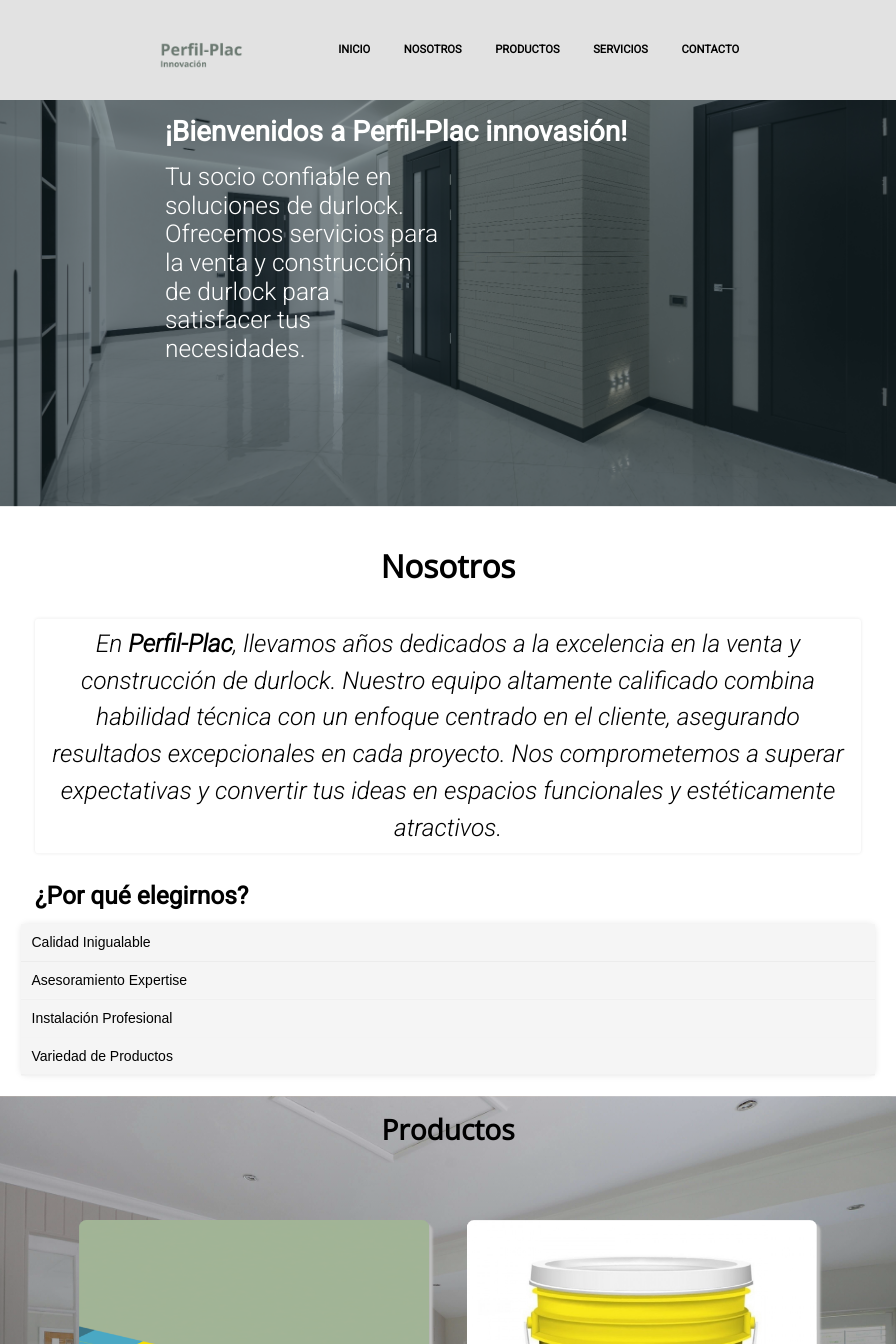
Repository: DamianBermudez94/Perfil-Plac
Page: /
These files come from the project's save history. The page is drawn as it stood at one moment and after the next save; the edit follows.
The browser window is 1280 px wide. The pictures show the part of the page from y = 0 to 1920 px (the page is 5301 px tall), at 70% of full size.
Backgrounds fixed to the window are drawn as part of the page. The project was rebuilt for these pictures with package versions that can differ from the ones it lists, and the page was loaded fresh each time. Also part of the build but not shown: vite.config.js, src/index.css.

Above is the page before, as saved 2024-02-21 10:08:28.

### index.html
<!DOCTYPE html>
<html lang="en">
  <head>
    <meta charset="UTF-8" />
    <link rel="preconnect" href="https://fonts.googleapis.com" />
    <link rel="preconnect" href="https://fonts.gstatic.com" crossorigin />
    <link
      href="https://fonts.googleapis.com/css2?family=Open+Sans:wght@300;400&family=Roboto:ital,wght@0,300;0,400;1,300&display=swap"
      rel="stylesheet"
    />
    <link
      rel="icon"
      type="image/png"
      sizes="32x32"
      href="/public/favicon-32x32.png"
    />
    <meta name="author" content="Damián Bermúdez" />
    <meta name="viewport" content="width=device-width, initial-scale=1.0" />
    <meta
      name="description"
      content="Somos una empresa que se dedica a la venta y colocación de insumos para la construcción en seco"
    />
    <title>Perfil-Plac Innovasión</title>
  </head>
  <body>
    <div id="root"></div>
    <script type="module" src="/src/main.jsx"></script>
  </body>
</html>

### src/App.jsx
import { Footer } from "./components/Footer/Footer";
import { Header } from "./components/Header/Header";
import { Main } from "./components/Main/Main";
import "./App.css";

function App() {
  return (
    <>
      <Header></Header>
      <Main></Main>
      <Footer></Footer>
    </>
  );
}

export default App;

### src/components/Footer/Footer.jsx
import { FaFacebookF } from "react-icons/fa";
import { FaInstagram } from "react-icons/fa";
import { FaWhatsapp } from "react-icons/fa";
import { TfiEmail } from "react-icons/tfi";
import logoImagen from "../../img/PerfilPlac.png"
import "./styles.css";
export const Footer = () => {
  return (
    <footer className="footer">
      <div className="footer-container">
        <div className="footer-logo-container">
          <img src={logoImagen} alt="perfil-plac" className="logo-footer" />
        </div>
        <div className="content-icon">
          <ul className="container-red__social">
            <li className="icon-content">
              <a
                href=""
                className="link"
                data-social="facebook"
                aria-label="Facebook"
              >
                <FaFacebookF className="icon-facebook" />
              </a>

              <div className="tooltip">Facebook</div>
            </li>
            <li className="icon-content">
              <a
                href=""
                className="link"
                data-social="instagram"
                aria-label="Instagram"
              >
                <FaInstagram />
              </a>

              <div className="tooltip">Instagram</div>
            </li>
            <li className="icon-content">
              <a
                href=""
                className="link"
                data-social="whatsapp"
                aria-label="Whatsapp"
              >
                <FaWhatsapp />
              </a>

              <div className="tooltip">Whatsapp</div>
            </li>
            <li className="icon-content">
              <a
                href=""
                className="link"
                data-social="email"
                aria-label="Email"
              >
                <TfiEmail />
              </a>

              <div className="tooltip">Email</div>
            </li>
          </ul>
        </div>
        <div className="custom-line"></div>
        <div className="footer-legal__text">
          <p>@2024 Perfil-Plac innovación</p>
          <span>
            <a href="https://damianbermudezdev.es/" target="__blank">
              Hecho por DB|WEB &#169;
            </a>
          </span>
        </div>
      </div>
    </footer>
  );
};

### src/components/Header/Header.jsx
import { useState } from "react";

import { BrowserRouter as Router } from "react-router-dom";
import { NavHashLink, HashLink } from "react-router-hash-link";
import logoImagen from "../../img/PerfilPlac.png";
import "./styles.css";
export function Header() {
  const [isActive, setActive] = useState(false);

  function closeMenu() {
    setActive(false);
  }

  return (
    <header className="header header-fixed">
      <Router>
        <HashLink smooth to="#home" className="logo">
          <figure>
            <img src={logoImagen} alt="Perfil-Plac" />
          </figure>
        </HashLink>

        <nav className={isActive ? "active" : ""}>
          <NavHashLink smooth to="#home" onClick={closeMenu}>
            Inicio
          </NavHashLink>
          <NavHashLink smooth to="#nosotros" onClick={closeMenu}>
            Nosotros
          </NavHashLink>
          <NavHashLink smooth to="#productos" onClick={closeMenu}>
            Productos
          </NavHashLink>
          <NavHashLink smooth to="#servicios" onClick={closeMenu}>
            Servicios
          </NavHashLink>
          <NavHashLink smooth to="#contacto" onClick={closeMenu}>
            Contacto
          </NavHashLink>
        </nav>

        <div
          aria-expanded={isActive ? "true" : "false"}
          aria-haspopup="true"
          aria-label={isActive ? "Fechar menu" : "Abrir menu"}
          className={isActive ? "menu active" : "menu"}
          onClick={() => {
            setActive(!isActive);
          }}
        ></div>
      </Router>
    </header>
  );
}

### src/components/Main/Main.jsx
import Contacto from "../Contacto/Contacto";
import { Producto } from "../Producto/Producto";
import Servicios from "../Servicios/Servicios";
import Nosotros from "../Nosotros/Nosotros";
import Inicio from "../Home/Home";
export function Main() {
  return (
    <main>
      <Inicio />
      <Nosotros />
      <Producto />
      <Servicios />
      <Contacto/>
    </main>
  );
}

### src/App.css
* {
  margin: 0;
  padding: 0;
  box-sizing: border-box;
}

.App {
  width: 100%;
  padding-top: 80px; /* Ajusta este valor según la altura de tu barra de navegación */
}
body {
  max-width: 100%;
  overflow-x: hidden;
  font-family: "Roboto", sans-serif;
  font-weight: 300;
  font-style: normal;
}
h1{
  font-family: 'Open Sans', sans-serif;
}
a {
  text-decoration: none;
}

.logo img {
  width: 150px;
  height: 50px;
  object-fit: cover;
  margin-top: 30px;
}
.nav-logo {
  overflow: hidden;
}

### src/components/Footer/styles.css
/**--Estilos del footer--**/
.footer {
    display: flex;
    justify-content: space-around;
    background-color: #e2e2e2;
    padding: 20px;
  }

  .footer-container {

    display: grid;
    grid-template-columns: repeat(3, 1fr);

    justify-items: center;
    align-items: center;
  }

  .footer-logo-container {
    display: flex;
    justify-content: center;
    align-items: center;
    grid-column: span 1;
  }
  .logo-footer {
    width: 150px;
    height: 100px;
    object-fit: cover;

  }
  .content-icon{
    grid-column:  3;
  }

  .footer-legal__text p {
    margin-bottom: 20px;

  }
  .footer-legal__text{
    grid-column:span 4 ;
  }
  .footer-legal__text span {
    margin-top: 20px;
    font-weight: 600;

  }

  .footer-legal__text span a {
    color: #4c4c4c;
    text-decoration: none;
    cursor: pointer;
  }
  .custom-line {
    width: 100%;
    height: 1px;
    background-color: #6c7a72;
    margin: 10px 0;
    box-shadow: 0 0 5px 0 rgba(0, 0, 0, 0.5);
    grid-column: span 4;
  }
  @media (max-width: 920px) {
    .footer {
      height: 350px;
    }

    .footer-container {
      display: flex;
      flex-direction: column;
      justify-content: center;
      align-items: center;
    }
    .footer-container div {
      margin: 10px;
    }
  }

### src/components/Header/styles.css
.header {
  width: 100%;
  display: flex;
  align-items: center;
  justify-content: space-around;
  padding: 1.8rem 10rem;
  background-color: #e2e2e2;
  position: fixed;
  top: 0;
  left: 0;
  z-index: 1000;
}

nav {
  display: flex;
  align-items: center;
  gap: 1.8rem;

  a {

    color: #000;
    padding: 0.6rem;
    font-weight: bold;
    text-transform: uppercase;
    transition: filter 0.25s;

    &.button {
      padding: 0.6rem 5rem;
    }

    &:hover {
      filter: brightness(0.6);
      color: #6c7a72;
    }
  }
}

.menu-container {
  cursor: pointer;
  padding: 0.6rem 0;
}

.menu {
  width: 2rem;
  height: 0.2rem;
  background: #ffff;
  position: relative;
  cursor: pointer;
  display: none;

  &:before {
    bottom: 0.5rem;
  }
  &:after {
    top: 0.5rem;
  }

  &.active:before {
    bottom: 0;
    transform: rotate(45deg);
  }

  &.active:after {
    top: 0;
    transform: rotate(135deg);
  }

  &.active {
    background-color: rgba(0, 0, 0, 0);
  }
}

.menu:before,
.menu:after {
  content: "";
  display: block;
  position: absolute;
  width: 100%;
  height: 0.2rem;
  background: #ffff;
  cursor: pointer;
  transition: 0.6s;
}

input[type="checkbox"] {
  height: 0;
  width: 0;
  visibility: hidden;
  outline: none;
}

label {
  cursor: pointer;
  text-indent: -9999px;
  width: 55px;
  height: 30px;
  background: var(--green);
  display: block;
  justify-content: center;
  align-items: center;
  -webkit-border-radius: 100px;
  -moz-border-radius: 100px;
  border-radius: 100px;
  position: relative;
  margin-left: auto;
  right: 10px;
}

@media only screen and (max-width: 800px) {
  label {
    position: relative;
  }
}

label:after {
  content: "";
  background: #fff;
  width: 20px;
  height: 20px;
  -webkit-border-radius: 50%;
  -moz-border-radius: 50%;
  border-radius: 50%;
  position: absolute;
  top: 5px;
  left: 4px;
  transition: cubic-bezier(0.68, -0.55, 0.27, 01.55) 320ms;
}

input:checked + label {
  background: var(--pink);
}

input:checked + label:after {
  left: calc(100% - 5px);
  -webkit-transform: translateX(-100%);
  -moz-transform: translateX(-100%);
  -ms-transform: translateX(-100%);
  -o-transform: translateX(-100%);
  transform: translateX(-100%);
}

@media (max-width: 960px) {
  .menu {
    display: block;
  }

  nav {
    -ms-overflow-style: none;
    scrollbar-width: none;
    overflow: hidden;
    opacity: 0;
    visibility: hidden;
    flex-direction: column;
    justify-content: center;
    align-items: center;
    position: fixed;

    height: 100vh;
    background-color: var(--blue);
    top: 0;
    left: 0;
    transition: opacity 0.25s;
    background-color: var(--green);

    a.button {
      background-color: var(--pink);
    }

    &.active {
      opacity: 1;
      visibility: visible;
    }
  }
}

### src/components/Servicios/Servicios.jsx
import React from "react";
import { Transition } from "react-transition-group";

import imagen1 from "../../img/fondo1.jpg";
import imagen2 from "../../img/fondo2.jpg";
import imagen3 from "../../img/fondo3.jpg";
import imagen4 from "../../img/fondo4.jpg";
import "./styles.css";

const Servicios = () => {
  const [inProp, setInProp] = React.useState(false);

  React.useEffect(() => {
    // Activa la transición después de que el componente se monte
    setInProp(true);
  }, []);
  return (
    <Transition in={inProp} timeout={500}>
      {(state) => (
        <div
          style={{
            transition: `opacity 0.5s ease-in-out`,
            opacity: state === "entering" || state === "entered" ? 1 : 0,
          }}
        >
          <section className="container-servicios" id="servicios">
            <h1>Servicios</h1>
            <div className="content-colocacion">
              <h2>Hacemos que tus proyectos se vuelvan realidad</h2>
              <div className="container-img">
                <figure>
                  <img src={imagen1} alt="Perfil-Plac" />
                </figure>
              </div>
              <div className="container-img">
                <figure>
                  <img src={imagen2} alt="Perfil-Plac" />
                </figure>
              </div>
              <div className="container-img">
                <figure>
                  <img src={imagen3} alt="Perfil-Plac" />
                </figure>
              </div>
              <div className="container-img">
                <figure>
                  <img src={imagen4} alt="Perfil-Plac" />
                </figure>
              </div>
            </div>
            <p className="servicios-description">
              Tus proyectos se vuelven realidad con nuestros servicios expertos
              en colocación de durlock. ¡Confía en nosotros para transformar tus
              espacios!
            </p>
          </section>
        </div>
      )}
    </Transition>
  );
};

export default Servicios;

### src/components/Nosotros/Nosotros.jsx
import React from "react";
import { Transition } from "react-transition-group";
import { Accordion } from "../Acordion/Accordion";
import "./styles.css"
const Nosotros = () => {
  const [inProp, setInProp] = React.useState(false);

  React.useEffect(() => {
    // Activa la transición después de que el componente se monte
    setInProp(true);
  }, []);
  return (
    <Transition in={inProp} timeout={500}>
      {(state) => (
        <div
          style={{
            transition: `opacity 0.5s ease-in-out`,
            opacity: state === "entering" || state === "entered" ? 1 : 0,
          }}
        >
          <section className="section-nosotros" id="nosotros">
            <div className="container-text__nosotros">
              <h1>Nosotros</h1>
              <p>
                En <strong>Perfil-Plac</strong>, llevamos años dedicados a la
                excelencia en la venta y construcción de durlock. Nuestro equipo
                altamente calificado combina habilidad técnica con un enfoque
                centrado en el cliente, asegurando resultados excepcionales en
                cada proyecto. Nos comprometemos a superar expectativas y
                convertir tus ideas en espacios funcionales y estéticamente
                atractivos.
              </p>
              <h2>¿Por qué elegirnos?</h2>
              <div className="accordion-container">
                <Accordion
                  question="Calidad Inigualable"
                  answer="Trabajamos con los mejores materiales Durlock para garantizar la durabilidad y resistencia de cada construcción."
                />
                <Accordion
                  question="Asesoramiento Expertise"
                  answer=" Nuestro equipo de expertos está listo para brindarte asesoramiento personalizado, ayudándote a seleccionar los insumos adecuados para tu proyecto específico."
                />
                <Accordion
                  question="Instalación Profesional"
                  answer="No solo suministramos insumos; también ofrecemos servicios de instalación impecables, llevando tus ideas desde el papel hasta la realidad con habilidad y precisión."
                />
                <Accordion
                  question="Variedad de Productos"
                  answer=" Explora nuestra amplia gama de productos Durlock, desde placas estándar hasta soluciones especializadas para proyectos únicos."
                />
              </div>
            </div>
          </section>
        </div>
      )}
    </Transition>
  );
};

export default Nosotros;

### src/components/Home/Home.jsx
import React from "react";
import { Transition } from "react-transition-group";

import "./styles.css"
const Inicio = () => {
  const [inProp, setInProp] = React.useState(false);

  React.useEffect(() => {
    // Activa la transición después de que el componente se monte
    setInProp(true);
  }, []);
  return (
    <Transition in={inProp} timeout={500}>
      {(state) => (
        <div
          style={{
            transition: `opacity 0.5s ease-in-out`,
            opacity: state === "entering" || state === "entered" ? 1 : 0,
          }}
        >
          {/* Contenido de tu componente */}
          <section className="home-container" id="home">
            <div className="home-banner-container">
              <div className="home-text-section">
                <h2>¡Bienvenidos a Perfil-Plac innovasión!</h2>
                <p>
                Tu socio confiable en soluciones de durlock. Ofrecemos servicios para la venta y construcción de durlock para satisfacer tus necesidades.
                </p>

              </div>
            </div>
          </section>
        </div>
      )}
    </Transition>
  );
};

export default Inicio;

### src/components/Servicios/styles.css

.container-servicios h1 {
  grid-column: span 4;
}
.content-colocacion {
  display: grid;
  grid-template-columns: repeat(2, 1fr);
  place-items: center;
  gap: 20px;
  margin: 0 auto;
}
.content-colocacion h2 {
  grid-column: span 2;
}
.container-img {
  overflow: hidden;
  border-radius: 8px;
  box-shadow: 0 0 10px rgba(0, 0, 0, 0.1);
}

.container-img img {
  width: 100%;
  max-width: 500px;
  height: auto;
  display: block;
  border-radius: 8px;
}
.servicios-description {
  margin: 10px;
  padding: 20px;
  font-size: 20px;
}

@media (max-width: 960px) {
  .content-colocacion {
    grid-template-columns: repeat(1, 1fr);
  }
  .content-colocacion h2 {
    grid-column: span 1;
  }
  .container-img img {
    max-width: 350px;
  }
}

### src/components/Acordion/Accordion.tsx
import { useState } from "react";
import React from 'react';
import "./style.css";



export const Accordion = ({ question, answer }) => {
  const [isOpen, setIsOpen] = useState(false);

  const toggleAccordion = () => {
    setIsOpen(!isOpen);
  };



  return (
    <div className={`accordion-item ${isOpen ? 'active' : ''}`}>
      <button className="accordion-header" onClick={toggleAccordion}>
        {question}
      </button>
      <div className="accordion-content">
        {isOpen && <p>{answer}</p>}
      </div>
    </div>

  );
};

### src/components/Nosotros/styles.css
/***--Seccion Nosotros--***/

.container-text__nosotros {
    padding: 30px;
    display: flex;
    align-items: center;
    justify-content: space-between;
    flex-direction: column;
  }
  .container-text__nosotros h1 {
    max-width: 100%;
    font-size: 45px;
    margin: 25px;
    text-align: center;
  }
  .container-text__nosotros h2 {

    font-size: 35px;

    width: 100%;
    max-width: 1300px;
    text-align: left;
    padding: 20px;
  }
  .container-text__nosotros p {
    max-width: 1300px;
    font-size: 35px;
    text-align: center;
    padding: 10px;
    margin: 20px;
    letter-spacing: normal;
    font-style: italic;
    line-height: 1.5;
    border-radius: 5px;
    box-shadow: 0 0 5px rgba(0, 0, 0, 0.1);
    transition: background-color 0.3s ease;
  }

  .container-text__nosotros p:hover {
    background-color: #e2e2e2;
  }

  .container-text__nosotros .button-informacion {
    margin-top: 30px;
    color: #6c7a72;
  }
  @media screen and (max-width: 560px) {
    .container-text__nosotros h1 {
      font-size: 35px;
    }
    .container-text__nosotros p {
      font-size: 25px;
      text-align: center;
    }
  }

### src/components/Home/styles.css
/**--Estilos Home--**/

.home-container {
    width: 100%;
    height: 723px;
    background-image: url("../../img/pexels-max-rahubovskiy-6238608.jpg");
    background-position: center;
    background-size: cover;
  }
  .home-banner-container {
    width: 100%;
    height: 100%;
    display: flex;
    justify-content: center;
    align-items: center;
    padding: 3rem;
    background-color: rgba(25, 45, 48, 0.5);
  }

  .home-text-section {
    width: 70%;
    display: flex;
    flex-direction: column;
    justify-content: center;
    align-content: flex-start;
  }
  .home-banner-container h2 {
    font-size: 40px;
    color: #ffffff;
    padding: 10px;
  }
  .home-text-section p {
    width: 50%;
    font-size: 35px;
    color: #fff;
    padding: 10px;
    margin-bottom: 40px;
  }



  @media screen and (max-width: 1290px) {
    .button-informacion {
      width: 35%;
    }
    .button-informacion svg {
      margin-left: 0.75rem;
      font-size: 1.5rem;
      display: none;
    }
  }

  @media screen and (max-width: 1110px) {
    .home-banner-container {
      padding: 0.5rem;
    }

    .button-informacion {
      width: 35%;
      font-size: 1rem;
    }
    .button-informacion svg {
      margin-left: 0.75rem;
      font-size: 1.5rem;
      display: none;
    }
  }

  @media screen and (max-width: 760px) {
    .home-banner-container {
      padding: 0.5rem;
    }

    .home-text-section p {
      font-size: 30px;
      width: 80%;
    }
    .home-banner-container .button-informacion {
      width: 50%;
      display: block;
    }

  }
  @media screen and (max-width: 560px) {
    .home-banner-container .button-informacion {
      width: 80%;
      display: block;
    }
    .home-banner-container h2 {
      font-size: 35px;
      color: #ffffff;
      padding: 10px;
    }
    .home-text-section p {
      font-size: 24px;
    }
  }

### src/components/Acordion/style.css
.accordion-container {
  max-width: 1300px;
  width: 100%;
  background-color: #fff;
  border-radius: 8px;
  box-shadow: 0 0 10px rgba(0, 0, 0, 0.1);


}
.accordion-item {

  border-bottom: 1px solid #e0e0e0;
  transition: 0.5s ease;


}
.accordion-header {
  padding: 15px;
  cursor: pointer;
  background-color: #f5f5f5;
  border: none;
  font-size: 20px;
  text-align: left;
  outline: none;
  width: 100%;
  display: flex;
  align-items: center;
  justify-content: space-between;



}
.accordion-content {
  display: none;
  padding: 15px;

}
.accordion-content p {
  font-size: 20px;
}
.accordion-item.active .accordion-content {
  display: block;


}

Loaded but not shown: src/main.jsx (common file); src/components/Producto/styles.css (636 lines, source omitted); src/components/Producto/Producto.jsx (149 lines, source omitted); src/components/Contacto/styles.css (256 lines, source omitted); src/components/Contacto/Contacto.jsx (104 lines, source omitted)

After the next save:
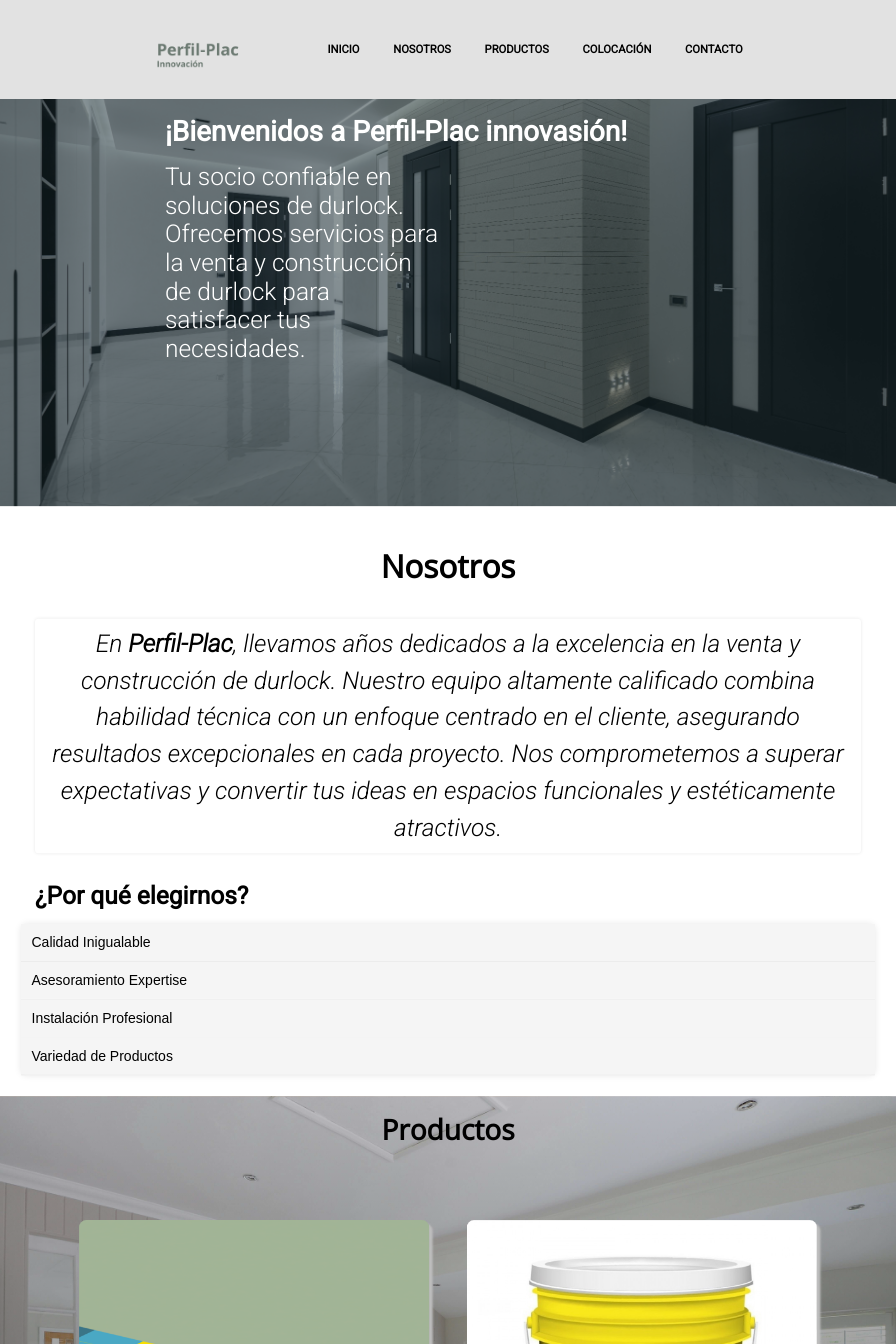
Saved 48 s later.
--- a/src/components/Header/Header.jsx
+++ b/src/components/Header/Header.jsx
@@ -31,7 +31,7 @@
             Productos
           </NavHashLink>
           <NavHashLink smooth to="#servicios" onClick={closeMenu}>
-            Servicios
+            Colocación
           </NavHashLink>
           <NavHashLink smooth to="#contacto" onClick={closeMenu}>
             Contacto
